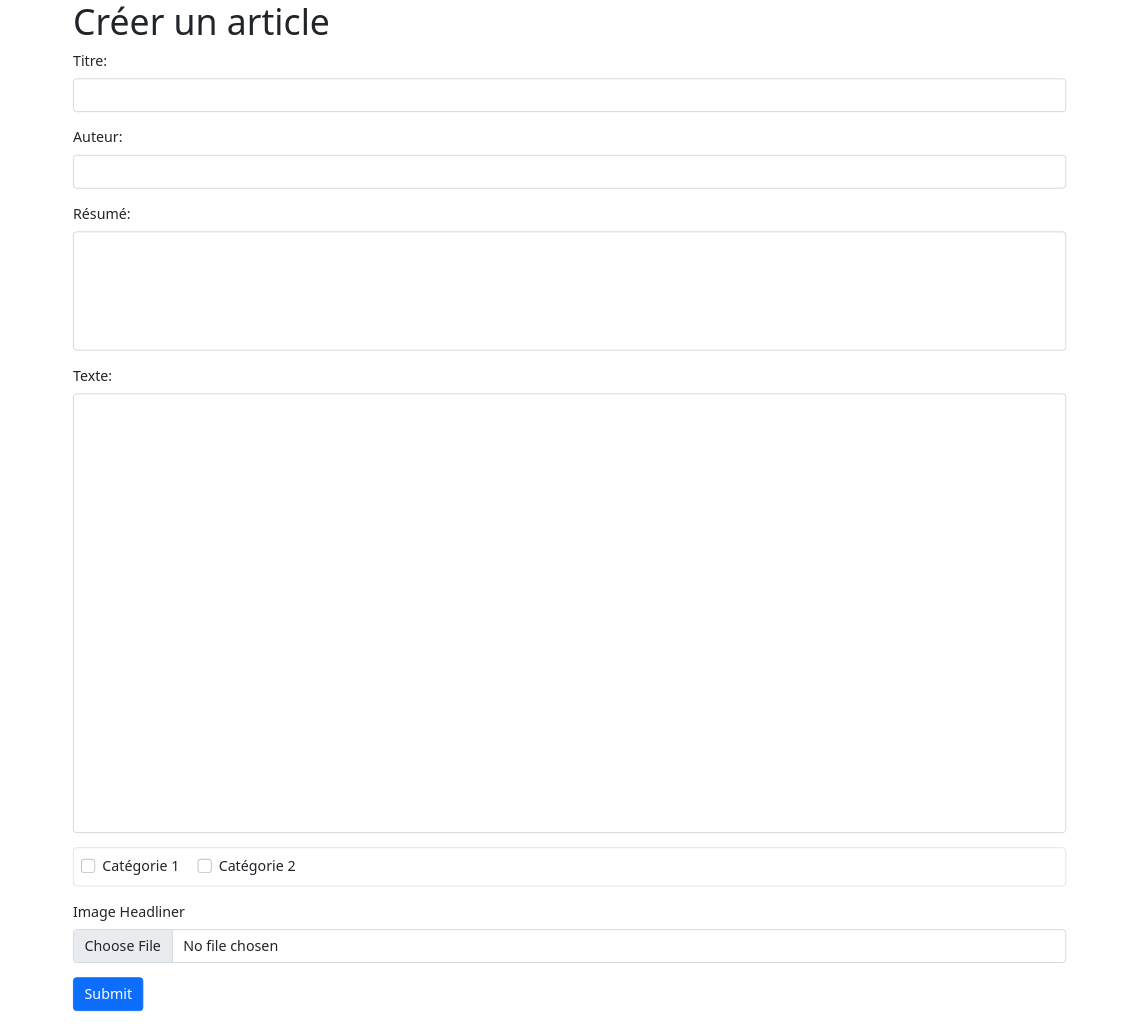
Repository: QuentinFayt/NewsWeb
Page: sources/adminNewsWeb/createArticle.html
An editor plug-in stored every save of this project. The page is shown before and after the next save, followed by the edit.
The browser window is 1280 px wide. The pictures show the whole page, at 89% of full size.

Above is the page before, as saved 2021-12-23 11:32:14.

### sources/adminNewsWeb/createArticle.html
<!doctype html>
<html lang="fr">

<head>
    <!-- Required meta tags -->
    <meta charset="utf-8">
    <meta name="viewport" content="width=device-width, initial-scale=1">

    <!-- Bootstrap CSS -->
    <link href="https://cdn.jsdelivr.net/npm/bootstrap@5.1.3/dist/css/bootstrap.min.css" rel="stylesheet" integrity="sha384-1BmE4kWBq78iYhFldvKuhfTAU6auU8tT94WrHftjDbrCEXSU1oBoqyl2QvZ6jIW3" crossorigin="anonymous">

    <title>Créer un article</title>
</head>

<body>
    <main class="container">
        <h1>Créer un article</h1>
        <form>
            <div class="mb-3">
                <label for="titre" class="form-label">Titre:</label>
                <input name="title" type="text" class="form-control" id="titre" required>
            </div>
            <div class="mb-3">
                <label for="autor" class="form-label">Auteur:</label>
                <input name="autor" type="text" class="form-control" id="autor" required>
            </div>
            <div class="mb-3">
                <label for="summary" class="form-label">Résumé:</label>
                <textarea name="summary" class="form-control" id="summary" rows="5" style="resize: none;" required></textarea>
            </div>
            <div class="mb-3">
                <label for="text" class="form-label">Texte:</label>
                <textarea name="text" class="form-control" id="text" rows="20" style="resize: none;" required></textarea>
            </div>
            <fieldset class="border p-2 mb-3 rounded">
                <div class="form-check form-check-inline">
                    <input name="section" class="form-check-input" type="checkbox" id="section1" value="option1">
                    <label class="form-check-label" for="section1">Catégorie 1</label>
                </div>
                <div class="form-check form-check-inline">
                    <input name="section" class="form-check-input" type="checkbox" id="section2" value="option2">
                    <label class="form-check-label" for="section2">Catégorie 2</label>
                </div>
            </fieldset>
            <div class="mb-3">
                <label for="picture" class="form-label">Image Headliner</label>
                <input class="form-control" type="file" id="picture" required>
            </div>

            <div class="mb-3">
                <button type="submit" class="btn btn-primary">Submit</button>
            </div>
        </form>
    </main>
    <script src="https://cdn.jsdelivr.net/npm/bootstrap@5.1.3/dist/js/bootstrap.bundle.min.js" integrity="sha384-ka7Sk0Gln4gmtz2MlQnikT1wXgYsOg+OMhuP+IlRH9sENBO0LRn5q+8nbTov4+1p" crossorigin="anonymous"></script>
</body>

</html>

After the next save:
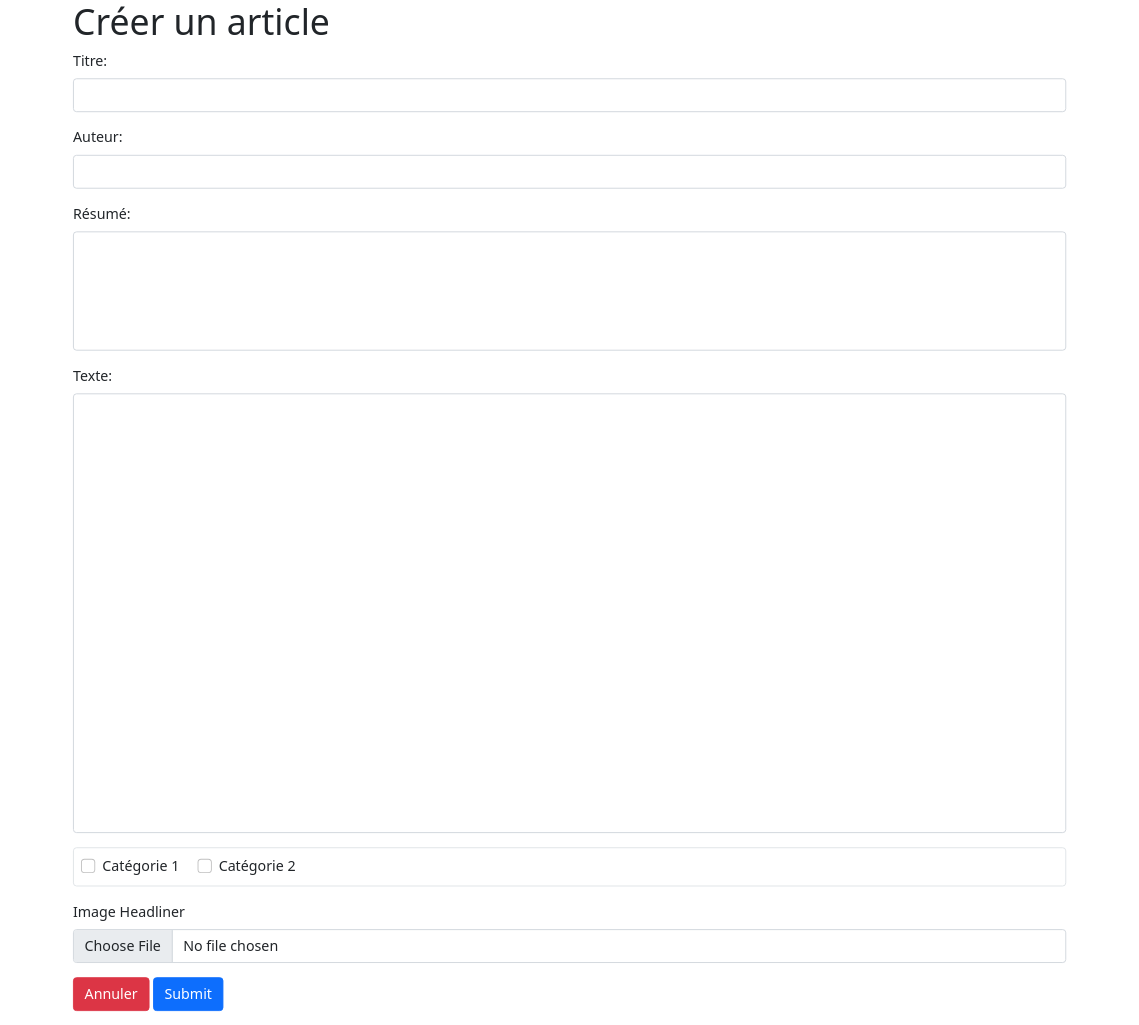
Saved 2 min 45 s later.
--- a/sources/adminNewsWeb/createArticle.html
+++ b/sources/adminNewsWeb/createArticle.html
@@ -48,6 +48,7 @@
             </div>
 
             <div class="mb-3">
+                <button type="button" class="btn btn-danger">Annuler</button>
                 <button type="submit" class="btn btn-primary">Submit</button>
             </div>
         </form>
